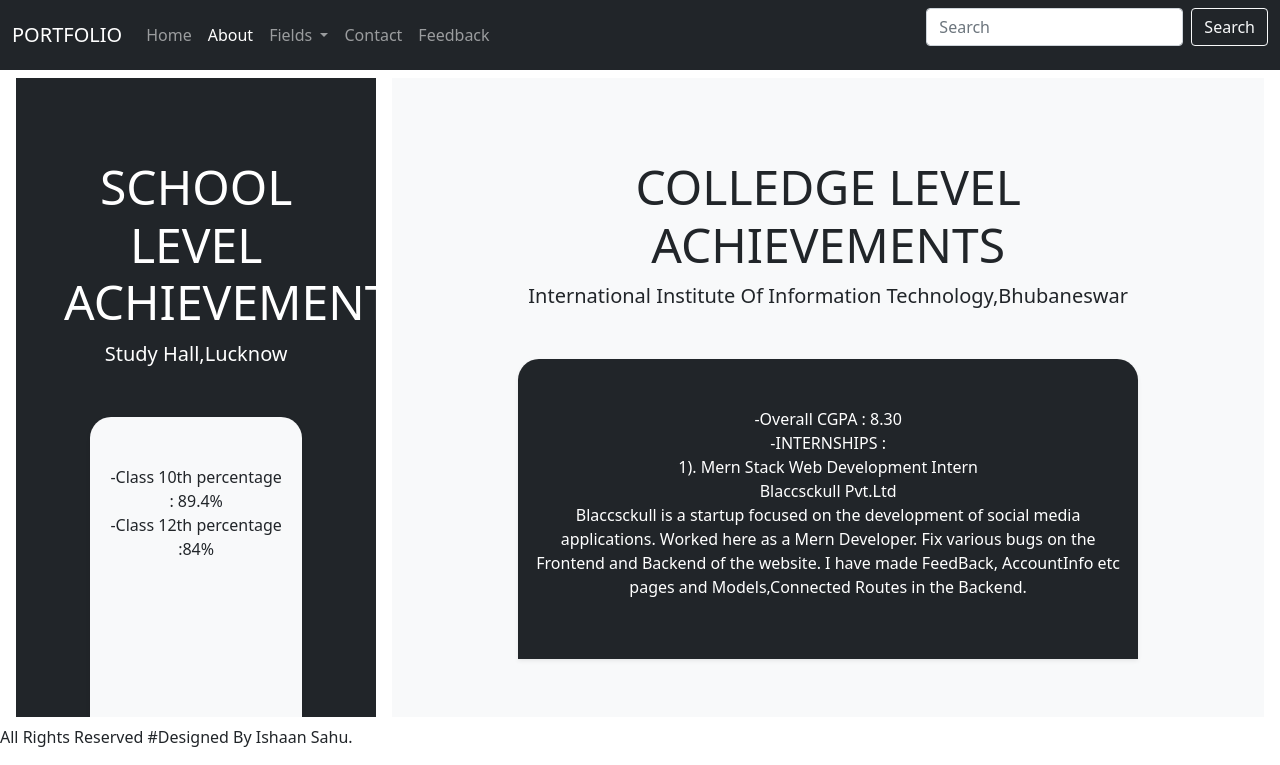
Repository: ishaan51551/Ishaan-s-Portfolio-
Page: about.html
An editor plug-in stored every save of this project. The page is shown before and after the next save, followed by the edit.
The browser window is 1280 px wide. The pictures show the whole page.

Above is the page before, as saved 2023-09-13 01:53:53.

After the next save:
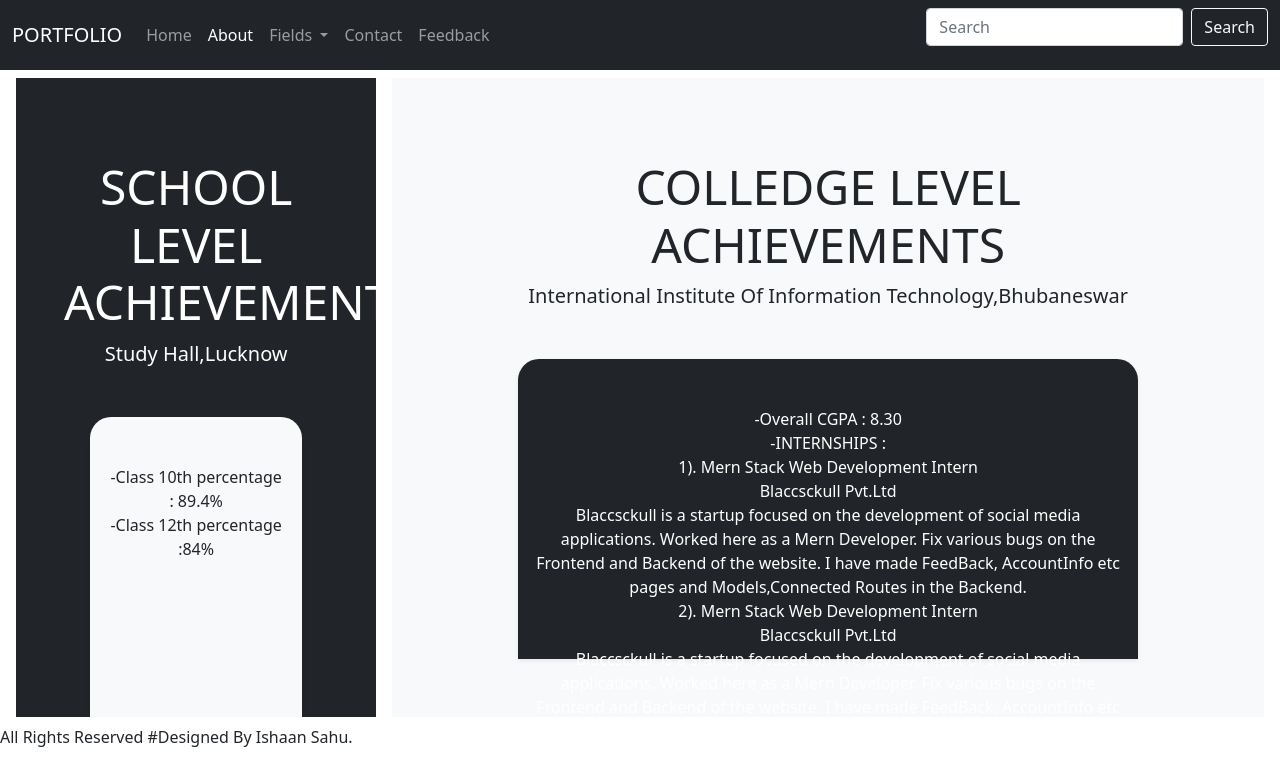
Saved 8 s later.
--- a/about.html
+++ b/about.html
@@ -96,8 +96,7 @@
         Blaccsckull is a startup focused on the development of social media applications. Worked here as a Mern Developer.
         Fix various bugs on the Frontend and Backend of the website.
         I have made FeedBack, AccountInfo etc pages and Models,Connected Routes in the Backend.
-    </p>
-    <p class="swing text-white overfow-hidden text-center px-3 py-5">
+    <br>
       2). Mern Stack Web Development Intern<br>
       Blaccsckull Pvt.Ltd<br>
       Blaccsckull is a startup focused on the development of social media applications. Worked here as a Mern Developer.
